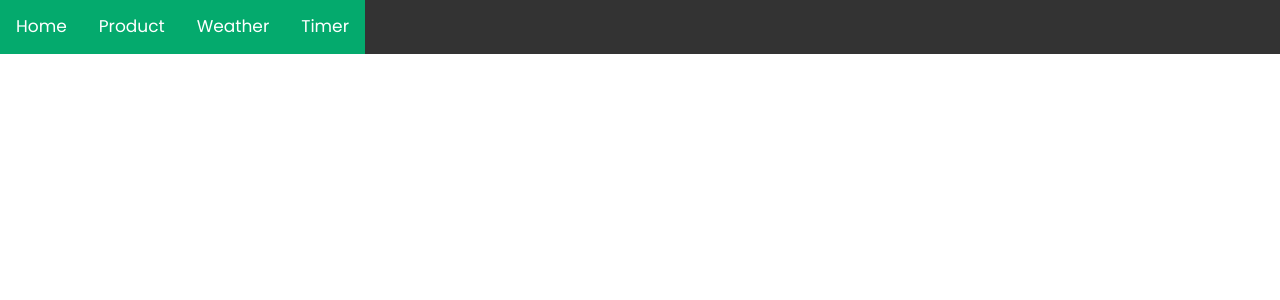
Repository: hoang0508/ReactJsHoiDanIT
Page: /
An editor plug-in stored every save of this project. The page is shown before and after the next save, followed by the edit.
The browser window is 1280 px wide. The pictures show the whole page.
The project was rebuilt for these pictures with package versions that can differ from the ones it lists, and the page was loaded fresh each time. Also part of the build but not shown: src/components/Products/Product.scss, src/components/Products/Product.js, src/components/TodoApp/TodoList.scss, src/components/TodoApp/DisPlayTodo.js, src/components/TodoApp/AddTodo.js, src/components/TodoApp/Home.js.

Above is the page before, as saved 2022-03-10 10:32:26.

After the next save:
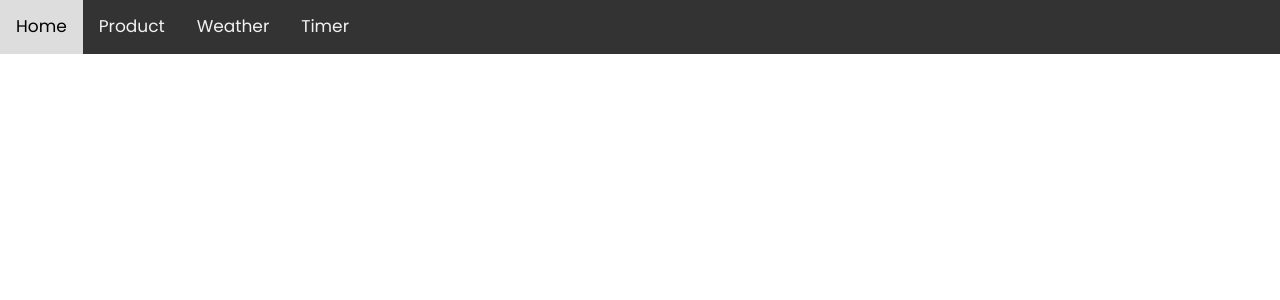
Saved 30 s later.
--- a/src/components/Navigation/Nav.js
+++ b/src/components/Navigation/Nav.js
@@ -30,7 +30,7 @@ const Nav = () => {
       {ListLink &&
         ListLink.length > 0 &&
         ListLink.map((item) => (
-          <Link className="is-active" to={item.to} key={item.id}>
+          <Link to={item.to} key={item.id}>
             {item.title}
           </Link>
         ))}
